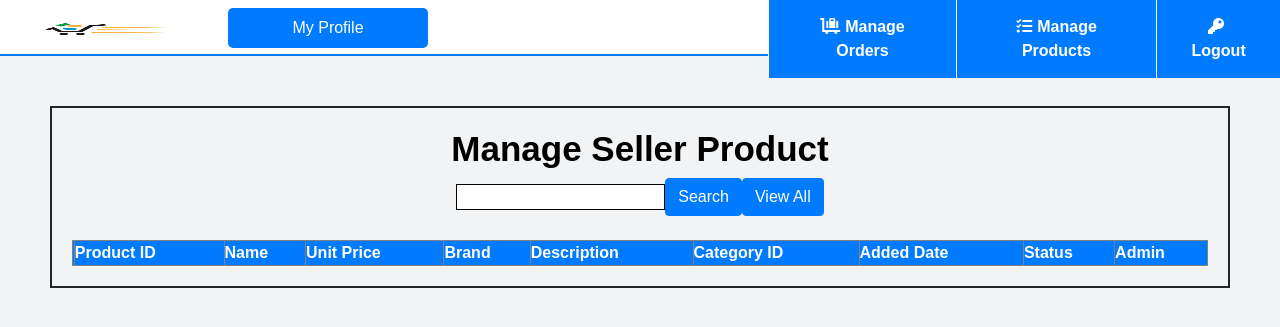
Repository: sahanjayawardena9619/PAF_Project
Page: http://localhost/paf_project/WEB-INF/views/SellerProduct.jsp
The author's editor kept a copy of each file at every save. The page is drawn from the files as they stood at one save, then again after the next save.
The browser window is 1280 px wide. The pictures show the whole page.
Some web fonts or font styles are not loaded; a fallback is used. Some web libraries are served in a nearby version. The page is served by Tomcat 9. Nobody is signed in. Other server files are loaded and not shown. The template is opened directly, without the code that normally fills it, so the values that code supplies are empty.

Above is the page before, as saved 2019-05-15 20:35:28.

### Main Project (Final)/PAF/paf_project/src/main/webapp/WEB-INF/views/SellerProduct.jsp
<%@ page language="java" contentType="text/html; charset=ISO-8859-1"
	pageEncoding="ISO-8859-1"%>
<%@ include file="/WEB-INF/views/includes.jsp"%>
<!DOCTYPE html PUBLIC "-//W3C//DTD HTML 4.01 Transitional//EN" "http://www.w3.org/TR/html4/loose.dtd">
<html>
<head>
<meta http-equiv="Content-Type" content="text/html; charset=ISO-8859-1">

<link rel="stylesheet" type="text/css"
	href="<c:url value="/resources/css/bootstrap.css"/>">
<link rel="stylesheet"
	href="https://use.fontawesome.com/releases/v5.8.1/css/all.css"
	integrity="sha384-50oBUHEmvpQ+1lW4y57PTFmhCaXp0ML5d60M1M7uH2+nqUivzIebhndOJK28anvf"
	crossorigin="anonymous">
<link rel="stylesheet" type="text/css"
	href="<c:url value="/resources/css/custom.css"/>">
	<link href="https://fonts.googleapis.com/css?family=Source+Sans+Pro:300,400,700,300italic,400italic,700italic" rel="stylesheet" type="text/css">
<script type="text/javascript"
	href="<c:url value="/resources/js/bootstrap.min.js"/>"></script>



<title>Seller Product Management</title>
</head>
<body>
	<div class="top-nav-bar">
		<div class="search-box">
			<a href="/paf_project/"><img
				src="<c:url value="/resources/images/cart.jpg"/>" class="logo"></a>
			<a href="/paf_project/editSeller"><input type="button"
				value="My Profile"
				style="width: 200px; height: 40px; margin: 8px; border-radius: 5px; background-color: #007bff; border: none; color: white" /></a>
		</div>

		<div class="menu-bar">
			<ul>
				<li><a href="/paf_project/viewAllOrderSeller"><i
						class="fas fa-luggage-cart" style="margin-right: 5px;"></i>Manage
						Orders</a></li>
				<li><a href="/paf_project/viewAllProductSeller"><i
						class="fas fa-tasks" style="margin-right: 5px;"></i>Manage
						Products </a></li>
				<li><a href="/paf_project/userLogout"><i class="fas fa-key"
						style="margin-right: 5px;"></i>Logout</a></li>
			</ul>
		</div>
	</div>


	<div align="center"
		style="padding: 20px; margin: 50px; width: auto; border: solid 2px;">

		<center>
			<div>
				<h1 style="font-size: 35px;">
					<a href="/paf_project/adminDashboard"><b style="color: black">Manage
							Seller Product</b></a>
				</h1>
			</div>
			<form:form action="/paf_project/searchProduct" method="POST">
				<table>
					<tr>
						<td><input type="text" name="searchVal"
							style="border: solid 1px;" /></td>
						<td><input type="submit" name="action"
							class="btn btn-primary" value="Search" /></td>
						<td><a href="/paf_project/viewAllProduct"><input
								type="button" class="btn btn-primary" value="View All" /></a></td>

					</tr>

				</table>
			</form:form>
			<br>
			<table border="1" width="100%">
				<th style="color: #fff; background-color: #007bff;"></th>
				<th style="color: #fff; background-color: #007bff;">Product ID</th>
				<th style="color: #fff; background-color: #007bff;">Name</th>
				<th style="color: #fff; background-color: #007bff;">Unit Price</th>
				<th style="color: #fff; background-color: #007bff;">Brand</th>
				<th style="color: #fff; background-color: #007bff;">Description</th>
				<th style="color: #fff; background-color: #007bff;">Category ID</th>
				<th style="color: #fff; background-color: #007bff;">Added Date</th>
				<th style="color: #fff; background-color: #007bff;">Status</th>
				<th style="color: #fff; background-color: #007bff;">Admin</th>



				<c:forEach var="productSeller" items="${listProductSeller}">
					<tr>

						<td align="center"><img src="<c:url value="${productSeller.prodImage}"/>" width="80px" height="80px"/></td>
						<td align="center">${productSeller.prID}</td>
						<td align="center">${productSeller.name}</td>
						<td align="center">${productSeller.unitPrice}</td>
						<td align="center">${productSeller.brand}</td>
						<td align="center">${productSeller.description}</td>
						<td align="center">${productSeller.catID}</td>
						<td align="center">${productSeller.addedDate}</td>
						<td align="center">${productSeller.status}</td>
						<td align="center">${productSeller.admin}</td>


						<td align="center"><a
							href="/paf_project/deleteProduct?prodID=${productSeller.prID}&command=active&user=admin"><input
								type="submit" class="btn btn-primary" name="active" style="background-color:green; border:none;" value="Activate" /></a></td>
						<td align="center"><a
							href="/paf_project/deleteProduct?prodID=${productSeller.prID}&command=inactive&user=admin"><input
								type="submit" class="btn btn-primary" name="del" style="background-color:red; border:none;" value="Deactivate" /></a></td>

					</tr>
				</c:forEach>
			</table>
		</center>
	</div>

</body>
</html>

### Main Project (Final)/PAF/paf_project/src/main/webapp/WEB-INF/views/includes.jsp
<%@ page language="java" contentType="text/html; charset=ISO-8859-1" pageEncoding="ISO-8859-1"%>
<%@taglib uri="http://www.springframework.org/tags" prefix="spring"%>
<%@taglib uri="http://www.springframework.org/tags/form" prefix="form"%>
<%@taglib uri="http://java.sun.com/jsp/jstl/core" prefix="c"%>

<!-- This contains the most used tag libraries -->

### Main Project (Final)/PAF/paf_project/src/main/webapp/resources/css/custom.css
*
{
	margin: 0;
	padding: 0;
}

body{
	background-color: #f1f3f4;
	font-family: sans-serif;
}

.top-nav-bar{
	height:56px;
	top : 0;
	position: sticky;
	background: #fff;
	margin-bottom: 20px;
	border-bottom: 2px solid #007bff;
	z-index: 2;
}

.logo{
	height:48px;
	width: 200px;
	margin: 5px 10px;
}

.form-control{
	margin-top: 9px !important;
	margin-left: 30px !important;
	border: 1px solid #007bff !important;
	border-top-left-radius: 20px !important;
	border-bottom-left-radius: 20px !important;
	border-top-right-radius: 0 !important;
	border-bottom-right-radius: 0 !important;
	box-shadow: none !important;
}

.search-box{
	display: inline-flex;
	width:60%;
}

.input-group-text {
	background-color: #007bff;
	border: 1px solid #007bff;
	margin: 8.5px 10px 3px 0;
	height: 38px;
	color:white;
	border-top-left-radius: 0px !important;
	border-bottom-left-radius: 0px !important;
	border-top-right-radius: 20px !important;
	border-bottom-right-radius: 20px !important;
	cursor: pointer;
}



.menu-bar{
	width: 40%;
	height: 57px;
	float: right;
}

.menu-bar ul{
	display: inline-flex;
	float: right;
}

.menu-bar ul li{
	border-left: 1px solid #fff;
	list-style-type: none;
	padding: 15px 25px;
	text-align: center;
	background-color: #007bff;
	cursor: pointer;
}

.menu-bar ul li a{
	font-size: 16px;
	font-weight: bold;
	color: #fff;
	text-decoration: none;
}

@media only screen and (max-width: 980px){
	.top-nav-bar{
		height: 118px;
		border-bottom: 0;
	}

	.search-box{
		width: 100%;
	}

	.menu-bar{
		width: 100%;
	}

	.menu-bar ul{
		margin: 10px 0;
		width: 100%;
	}

	.menu-bar ul li{
		height: 57px;
	}
}

.nopadding {
   padding: 0 !important;
   margin: 0 !important;
}

.col-sm-3{
	margin-bottom: 5%;
}

Loaded but not shown: Main Project (Final)/PAF/paf_project/src/main/webapp/resources/css/bootstrap.css (library)

After the next save:
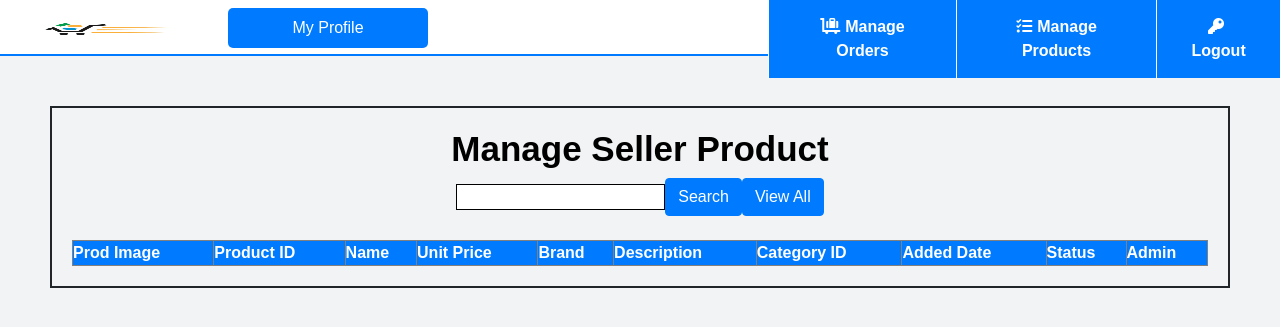
Saved 74 s later.
--- a/Main Project (Final)/PAF/paf_project/src/main/webapp/WEB-INF/views/SellerProduct.jsp
+++ b/Main Project (Final)/PAF/paf_project/src/main/webapp/WEB-INF/views/SellerProduct.jsp
@@ -73,7 +73,7 @@
 			</form:form>
 			<br>
 			<table border="1" width="100%">
-				<th style="color: #fff; background-color: #007bff;"></th>
+				<th style="color: #fff; background-color: #007bff;">Prod Image</th>
 				<th style="color: #fff; background-color: #007bff;">Product ID</th>
 				<th style="color: #fff; background-color: #007bff;">Name</th>
 				<th style="color: #fff; background-color: #007bff;">Unit Price</th>

After the save that followed:
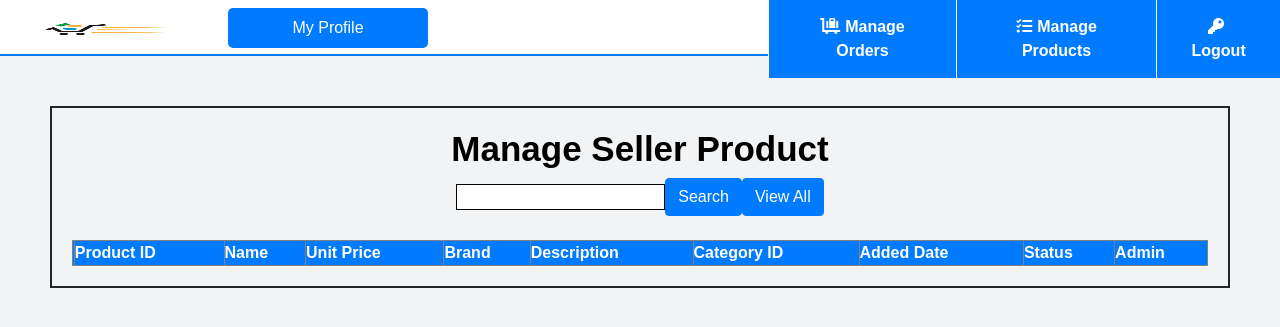
Saved 9 s later.
--- a/Main Project (Final)/PAF/paf_project/src/main/webapp/WEB-INF/views/SellerProduct.jsp
+++ b/Main Project (Final)/PAF/paf_project/src/main/webapp/WEB-INF/views/SellerProduct.jsp
@@ -73,7 +73,7 @@
 			</form:form>
 			<br>
 			<table border="1" width="100%">
-				<th style="color: #fff; background-color: #007bff;">Prod Image</th>
+				<th style="color: #fff; background-color: #007bff;"></th>
 				<th style="color: #fff; background-color: #007bff;">Product ID</th>
 				<th style="color: #fff; background-color: #007bff;">Name</th>
 				<th style="color: #fff; background-color: #007bff;">Unit Price</th>
